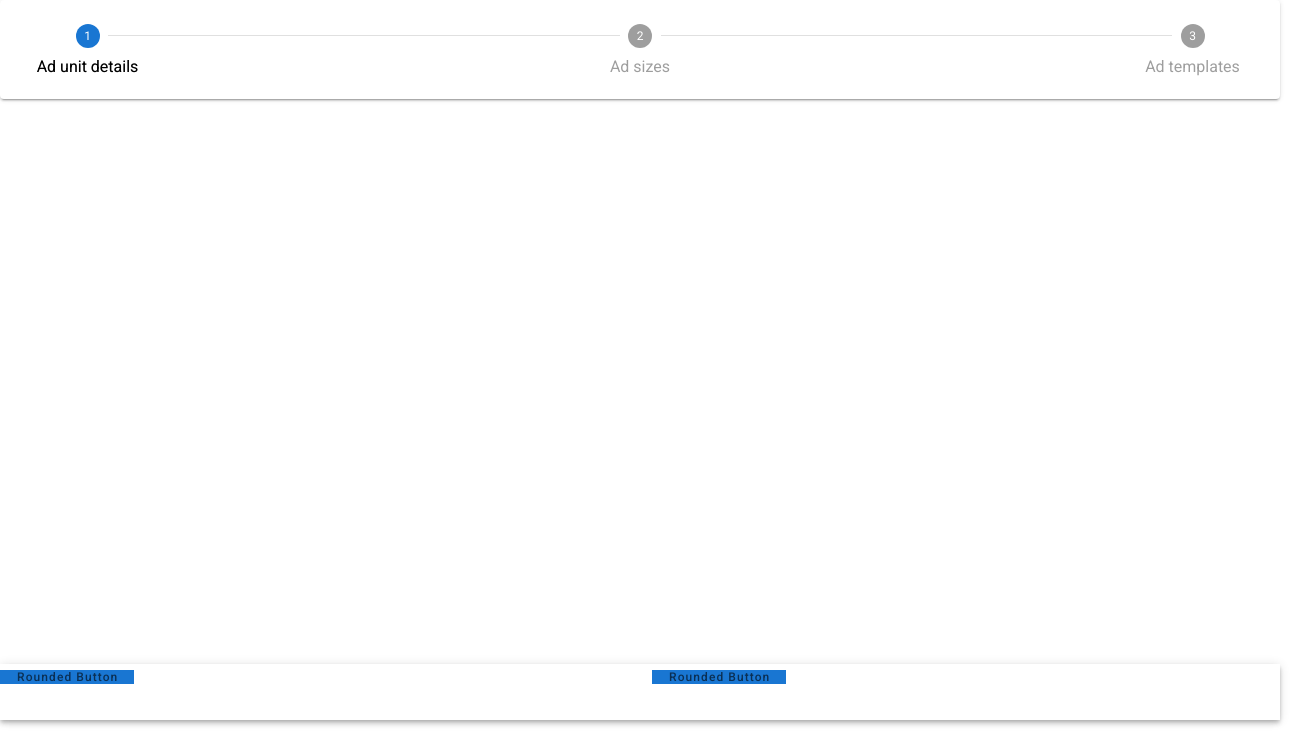
Repository: SidneyHodieb/myc
Page: /addsource
An editor plug-in stored every save of this project. The page is shown before and after the next save, followed by the edit.
The browser window is 1280 px wide. The page is 1292 px wide, so the pictures cover 1292 px, including what lies to the right of the window. The pictures show the whole page.
The project was rebuilt for these pictures with package versions that can differ from the ones it lists, and the page was loaded fresh each time. Also part of the build but not shown: vue.config.js, src/views/Home.vue, src/views/addSource/components/format.vue, src/views/addSource/components/card.vue, src/views/addSource/components/trigger.vue.

Above is the page before, as saved 2021-04-03 17:38:03.

After the next save:
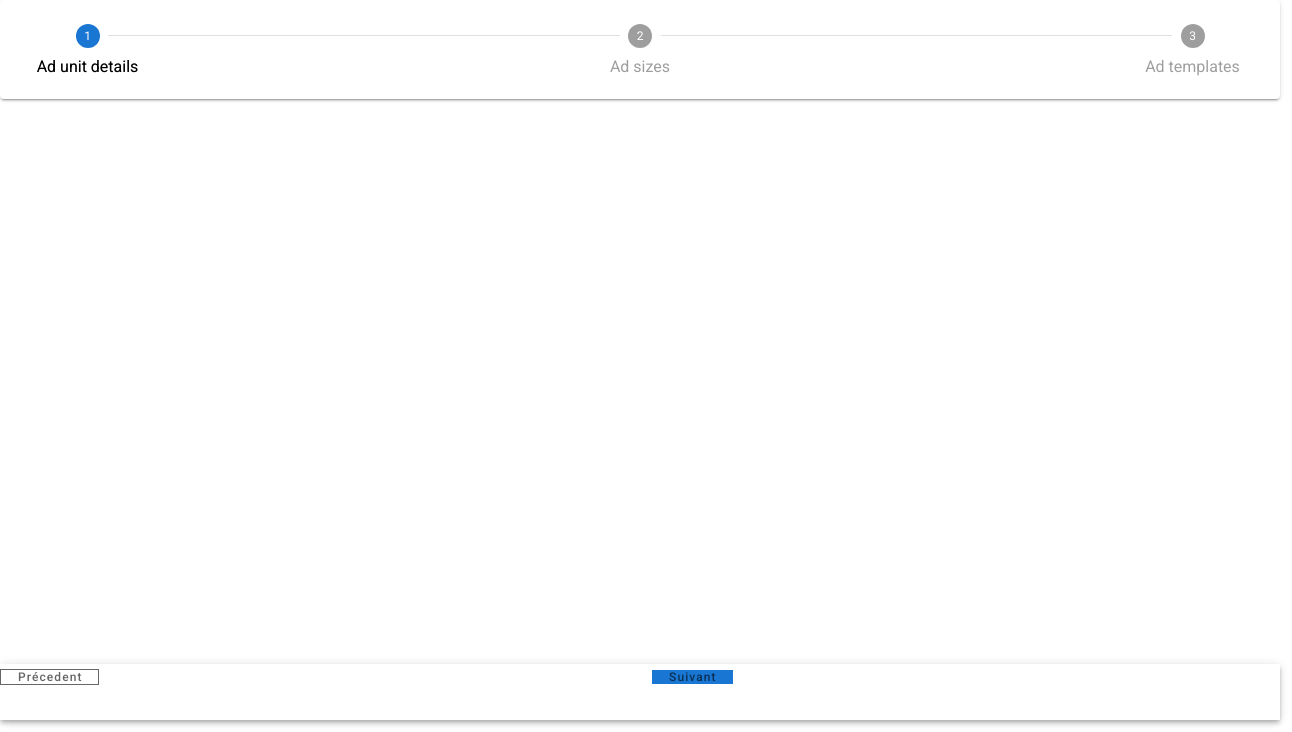
Saved 49 s later.
--- a/src/views/addSource/column.vue
+++ b/src/views/addSource/column.vue
@@ -36,10 +36,10 @@
         <v-col>
           <v-btn
       rounded
-      color="primary"
-      dark
+      outlined
+      color="indigo"
     >
-      Rounded Button
+      Précedent
     </v-btn>
         </v-col>
         <v-col>
@@ -48,7 +48,7 @@
       color="primary"
       dark
     >
-      Rounded Button
+      Suivant
     </v-btn>
         </v-col>
       </v-row>
